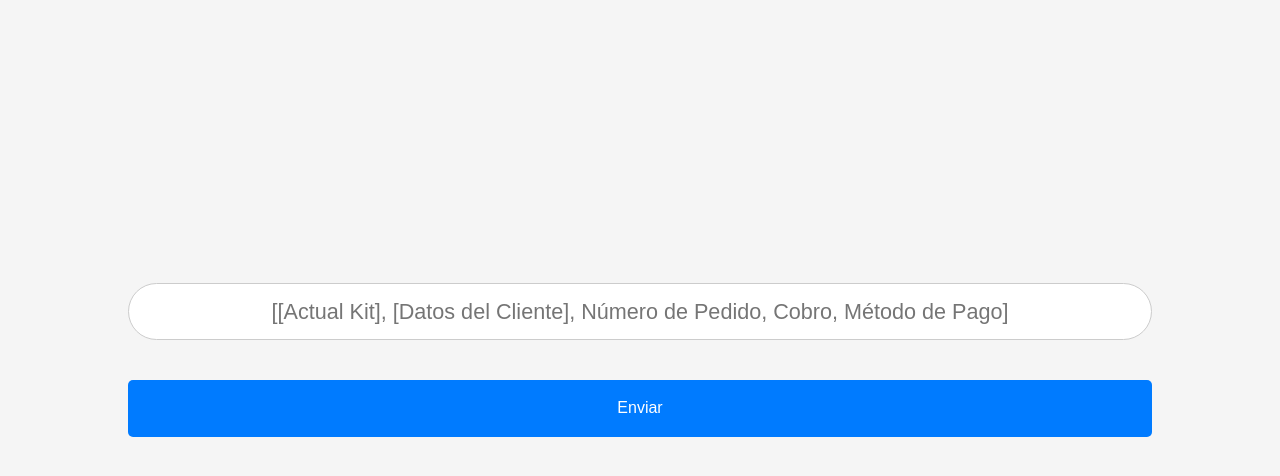
Repository: aCoupon0/intranet
Page: 1/venta-1.html
These files come from the project's save history. The page is drawn as it stood at one moment and after the next save; the edit follows.
The browser window is 1280 px wide. The pictures show the whole page.

Above is the page before, as saved 2024-11-29 12:09:10.

After the next save:
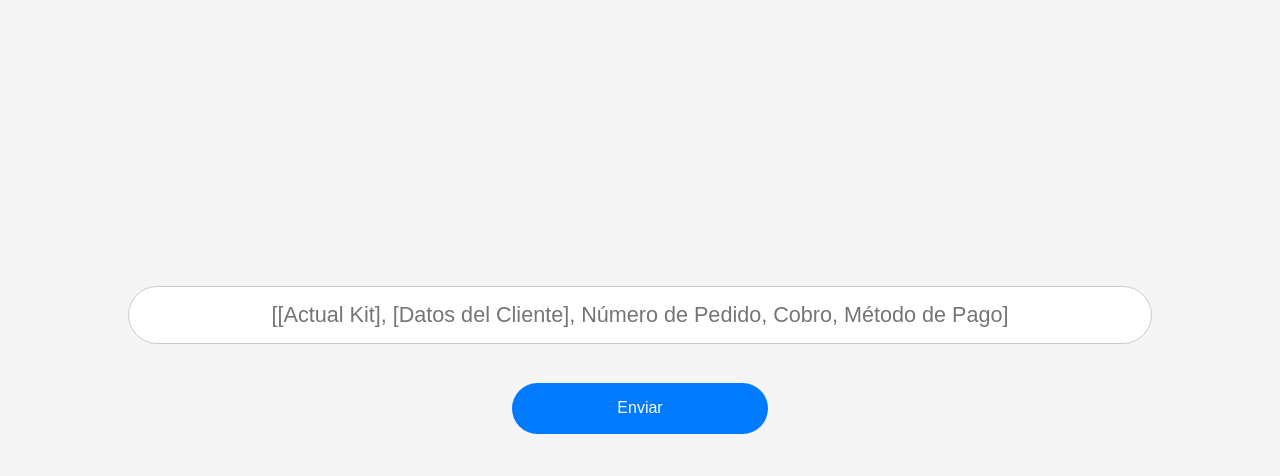
Saved 18 s later.
--- a/css/venta.css
+++ b/css/venta.css
@@ -25,14 +25,14 @@
 }
 
 .boton-enviar {
-    width: 80%; /* Mismo ancho que el input */
+    width: 20%; /* Mismo ancho que el input */
     padding: 10px;
-    height: 8vh; /* Misma altura que el input */
+    height: 7vh; /* Misma altura que el input */
     font-size: 1rem;
     background-color: #007BFF;
     color: white;
     border: none;
-    border-radius: 5px;
+    border-radius: 5vw;
     cursor: pointer;
     transition: background-color 0.3s;
     text-align: center;
